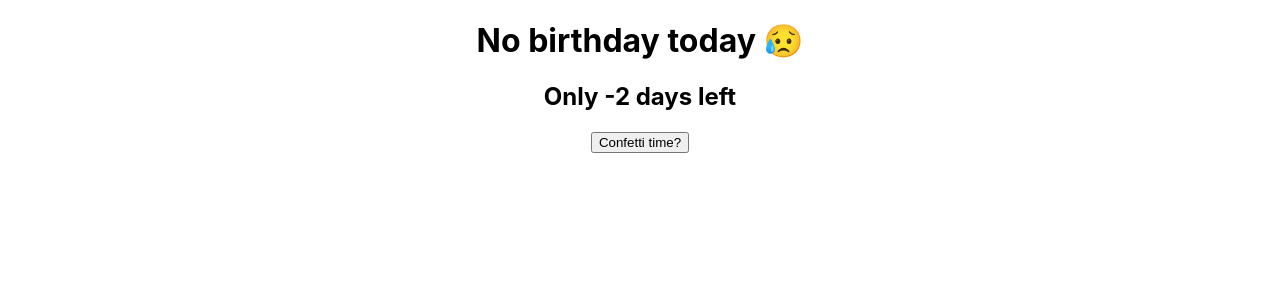
Repository: David-Waite/HannahsBirthdayWebsite
Page: /
The author's editor kept a copy of each file at every save. The page is drawn from the files as they stood at one save, then again after the next save.
The browser window is 1280 px wide. The pictures show the whole page.
The project was rebuilt for these pictures with package versions that can differ from the ones it lists, and the page was loaded fresh each time.

Above is the page before, as saved 2023-03-30 18:03:17.

### src/App.js
import "./App.css";

import Confetti from "react-confetti";

import { useState } from "react";

function App() {
  const [confetti, setConfetti] = useState(null);
  const [buttonText, setButtonText] = useState("Confetti time?");
  function isBirthdayToday() {
    const date = new Date();
    if (date.getMonth() === 3 && date.getDate() === 5) {
      return true;
    }
    return false;
  }

  function rainConfetti() {
    if (isBirthdayToday()) {
      setConfetti(true);
      setButtonText("Confetti time!");
    } else {
      setButtonText("no");
    }
  }

  function getDaysUntilBirthday() {
    const date = new Date();
    const hannahBday = new Date(date.getFullYear(), 2, 29);
    const oneDay = 1000 * 60 * 60 * 24;
    let daysUntilBirthday;
    if (hannahBday < date) {
      daysUntilBirthday =
        Math.ceil(hannahBday.getTime() - date.getTime()) / oneDay;
    } else {
      daysUntilBirthday =
        Math.ceil(hannahBday.getTime() - date.getTime()) / oneDay;
    }

    return daysUntilBirthday;
  }

  // 5th april
  let birthdayText;
  if (isBirthdayToday()) {
    birthdayText = <h1>Happy birthday!🥳</h1>;
  } else {
    birthdayText = (
      <>
        <h1>No birthday today 😥</h1>
        <h2>Only {Math.floor(getDaysUntilBirthday())} days left</h2>
      </>
    );
  }
  console.log(isBirthdayToday());
  const date = new Date();

  return (
    <div className="App">
      {confetti && <Confetti />}

      {birthdayText}
      <button onClick={rainConfetti}>{buttonText}</button>
    </div>
  );
}

export default App;

Loaded but not shown: public/index.html (common file); src/index.js (common file); src/index.css (common file); src/reportWebVitals.js (common file); src/App.css (common file)

After the next save:
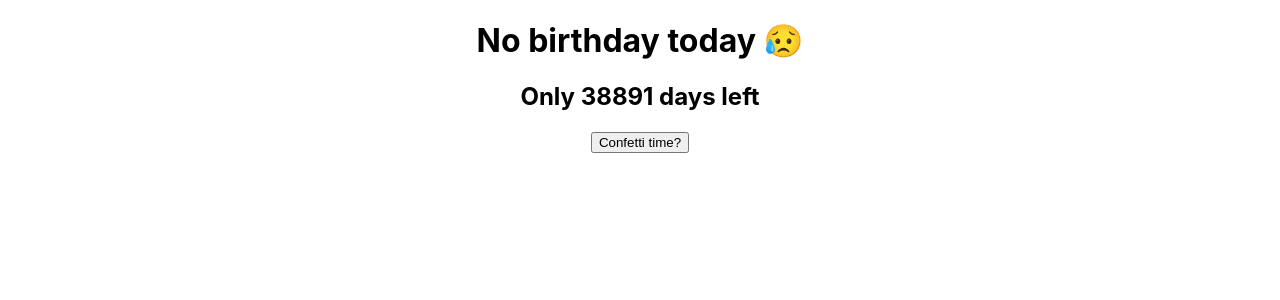
Saved 8 s later.
--- a/src/App.js
+++ b/src/App.js
@@ -31,7 +31,7 @@ function App() {
     let daysUntilBirthday;
     if (hannahBday < date) {
       daysUntilBirthday =
-        Math.ceil(hannahBday.getTime() - date.getTime()) / oneDay;
+        Math.ceil(hannahBday.getTime() + date.getTime()) / oneDay;
     } else {
       daysUntilBirthday =
         Math.ceil(hannahBday.getTime() - date.getTime()) / oneDay;

After the save that followed:
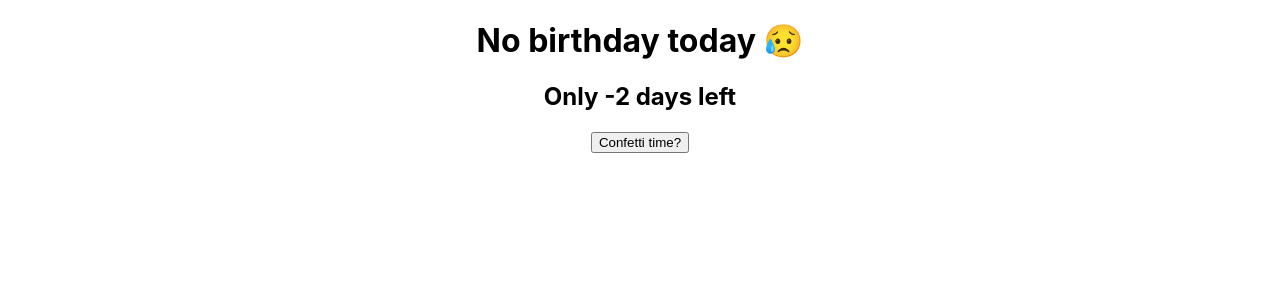
Saved 16 s later.
--- a/src/App.js
+++ b/src/App.js
@@ -31,7 +31,7 @@ function App() {
     let daysUntilBirthday;
     if (hannahBday < date) {
       daysUntilBirthday =
-        Math.ceil(hannahBday.getTime() + date.getTime()) / oneDay;
+        Math.ceil(hannahBday.getTime() - date.getTime()) / oneDay;
     } else {
       daysUntilBirthday =
         Math.ceil(hannahBday.getTime() - date.getTime()) / oneDay;
